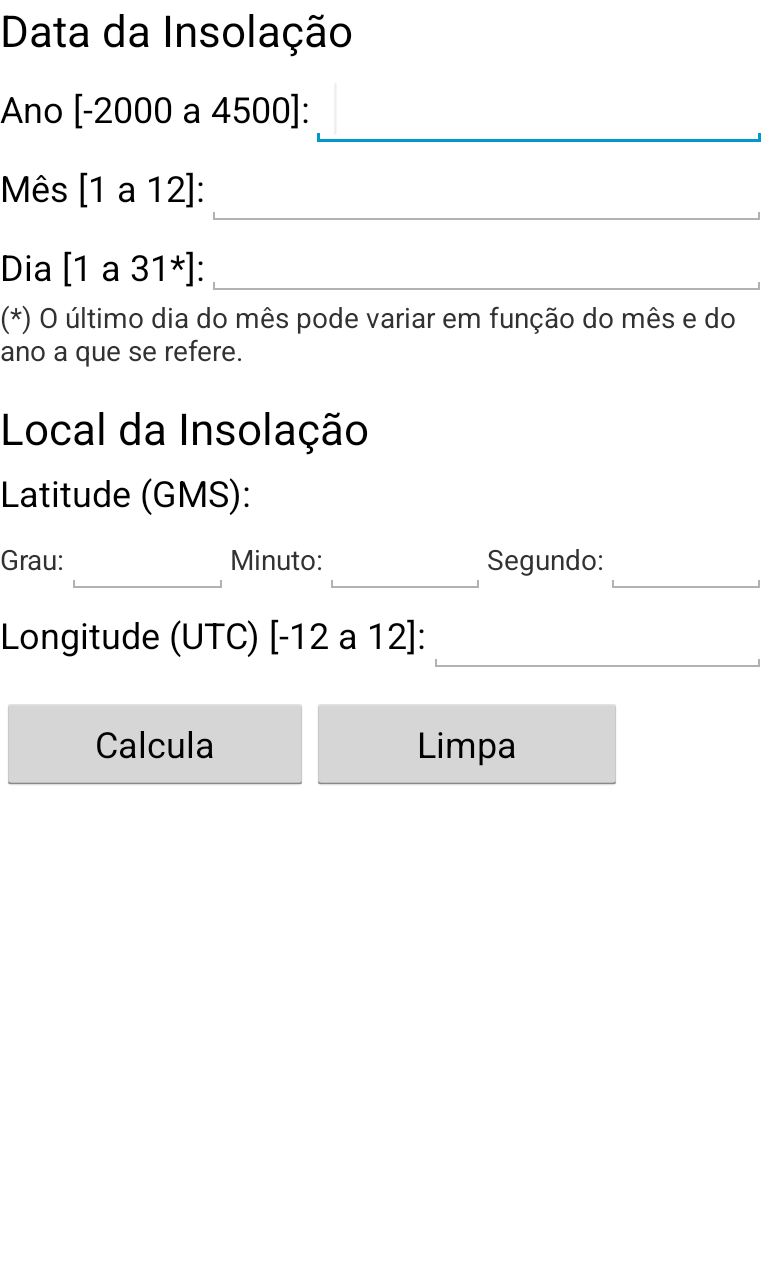
Repository: sergioPereiraBR/insolacao_terrestre
Layout: projeto/source code/InsolacaoTerrestre/res/layout/activity_insolacao_terrestre.xml
An editor plug-in stored every save of this project. The layout is shown before and after the next save, followed by the edit.
It is drawn on a 768 x 1280 px phone screen (xhdpi) without system bars, with theme AppTheme; the app's code is not run.

Above is the layout before, as saved 2016-11-23 22:21:29.

After the next save:
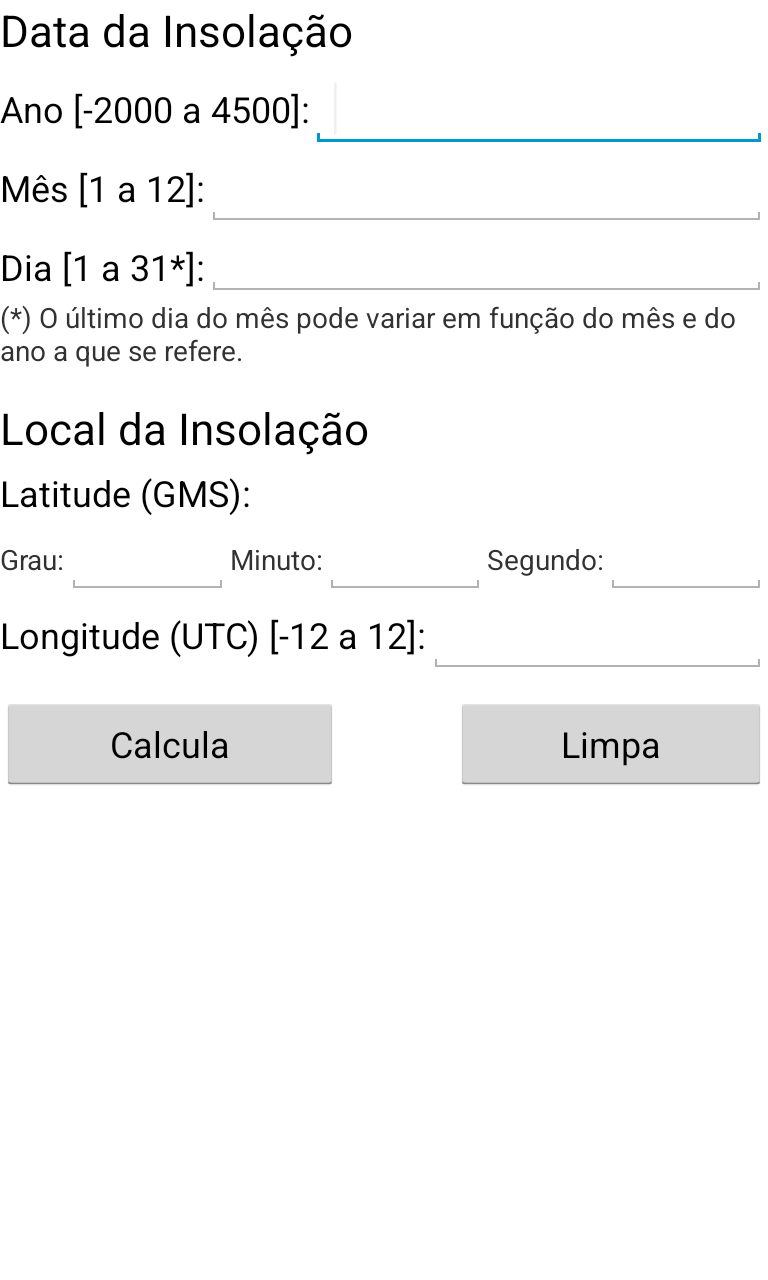
Saved 4 min 7 s later.
--- a/projeto/source code/InsolacaoTerrestre/res/layout/activity_insolacao_terrestre.xml
+++ b/projeto/source code/InsolacaoTerrestre/res/layout/activity_insolacao_terrestre.xml
@@ -206,17 +206,27 @@
         android:layout_height="70dp"
         android:orientation="horizontal" >
 
-        <Button
-            android:id="@+id/button1"
-            android:layout_width="155dp"
-            android:layout_height="wrap_content"
-            android:text="Calcula" />
-
-        <Button
-            android:id="@+id/button2"
-            android:layout_width="157dp"
-            android:layout_height="wrap_content"
-            android:text="Limpa" />
+        <RelativeLayout
+            android:layout_width="match_parent"
+            android:layout_height="match_parent" >
+
+            <Button
+                android:id="@+id/button2"
+                android:layout_width="157dp"
+                android:layout_height="wrap_content"
+                android:layout_alignParentRight="true"
+                android:layout_alignParentTop="true"
+                android:text="Limpa" />
+
+            <Button
+                android:id="@+id/button1"
+                android:layout_width="170dp"
+                android:layout_height="wrap_content"
+                android:layout_alignParentLeft="true"
+                android:layout_alignParentTop="true"
+                android:text="Calcula" />
+
+        </RelativeLayout>
 
     </LinearLayout>
 
